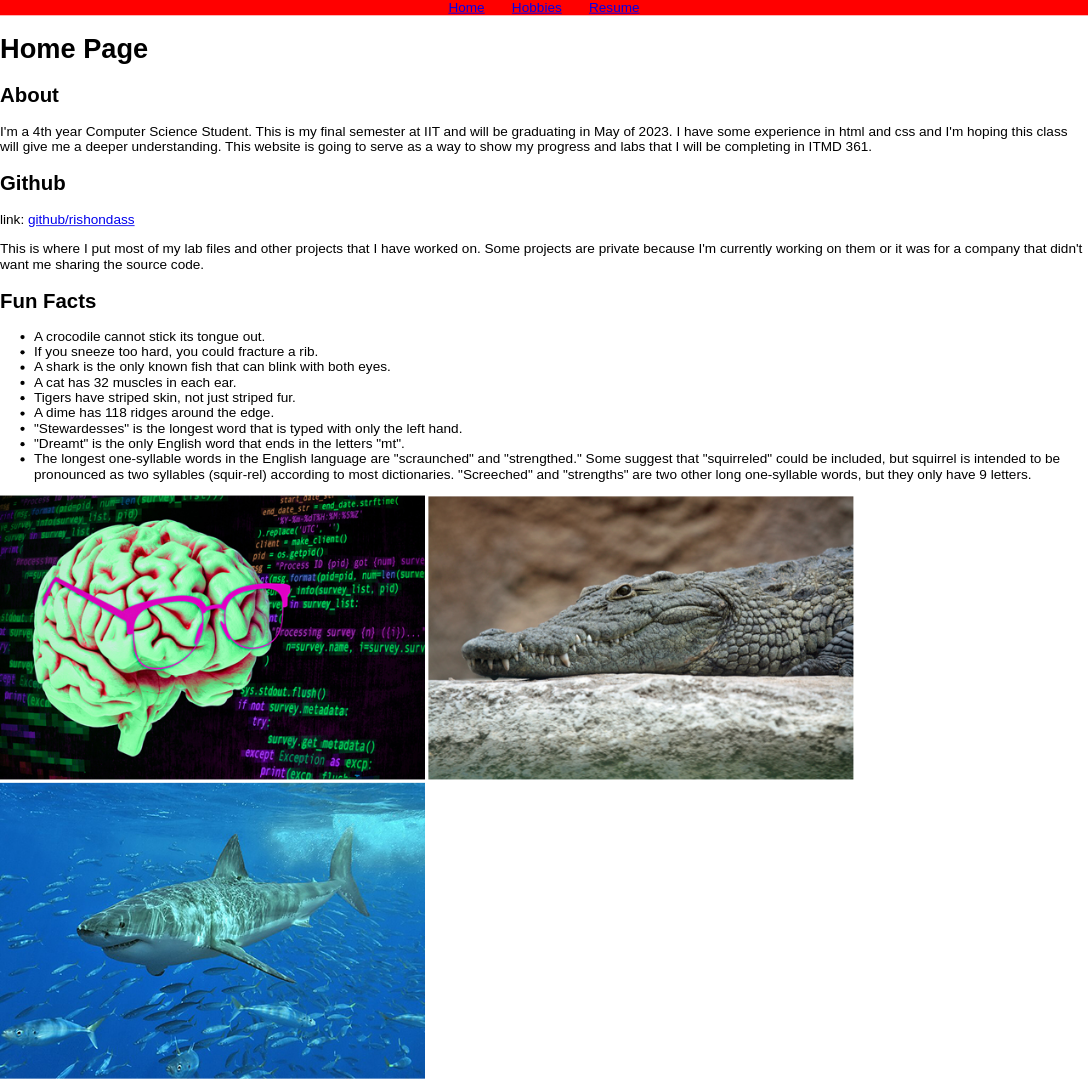
Repository: rishondass/ITMD361-Project2
Page: index.html
These files come from the project's save history. The page is drawn as it stood at one moment and after a run of saves; the edit follows.
The browser window is 1280 px wide. The pictures show the whole page, at 85% of full size.

Above is the page before, as saved 2023-03-07 21:08:53.

After the next 2 saves:
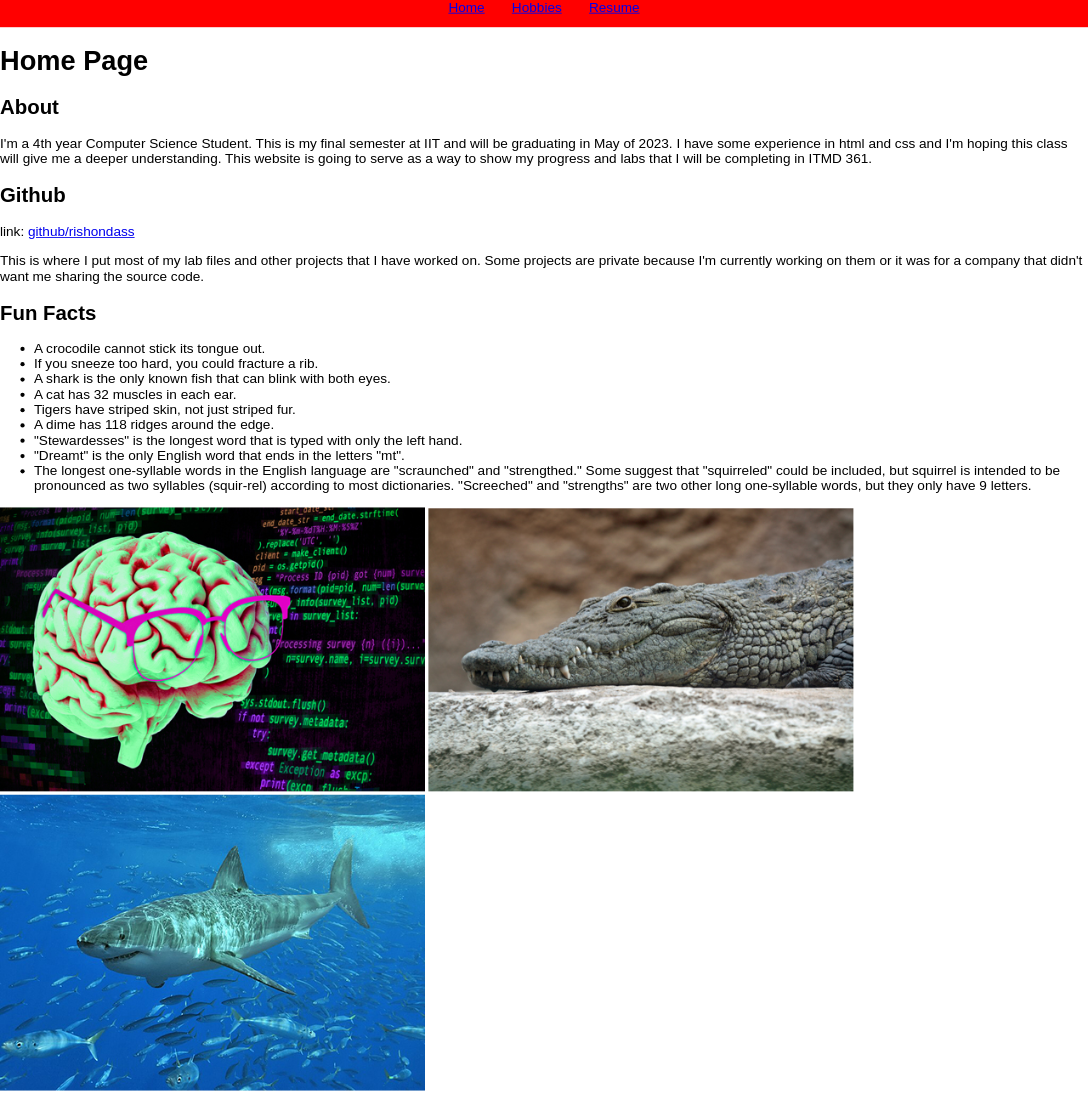
The 2 saves are shown as one change because they came seconds apart.
The last was saved 7 s later.
--- a/css/style.css
+++ b/css/style.css
@@ -9,7 +9,7 @@
     margin: 0;
     display: flex;
     justify-content: center;
-    height: 1;
+    height: 2rem;
 }
 
 #main-nav li{
